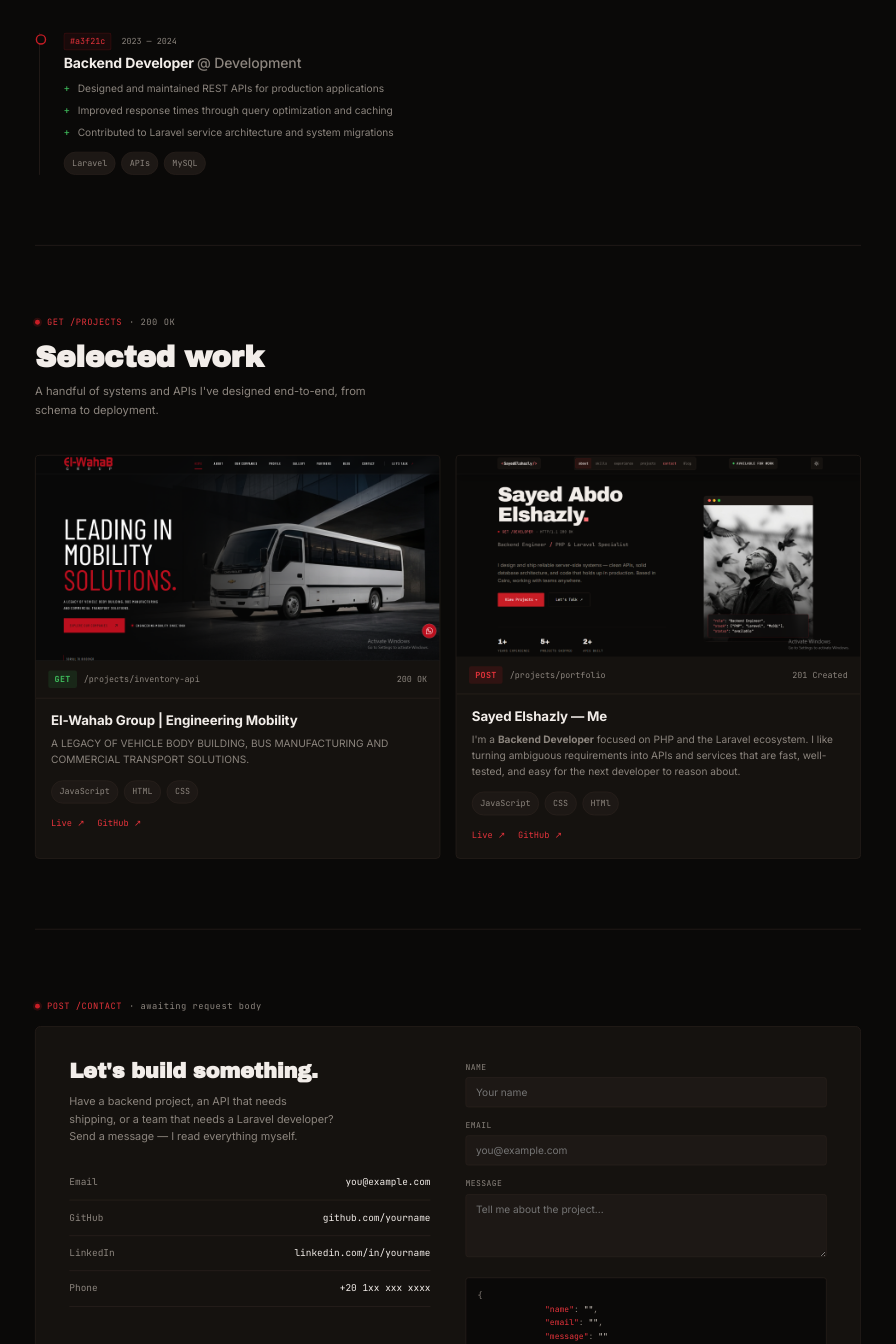
Repository: sayedelshazly/Portfolio.SE
Page: index.html
An editor plug-in stored every save of this project. The page is shown before and after the next save, followed by the edit.
The browser window is 1280 px wide. The pictures show the part of the page from y = 2437 to 4357 px (the page is 4637 px tall before and 4888 px after), at 70% of full size.

Above is the page before, as saved 2026-10-13 02:19:09.

### index.html
<!DOCTYPE html>
<html lang="en">

<head>
  <meta charset="UTF-8">
  <meta name="viewport" content="width=device-width, initial-scale=1.0, viewport-fit=cover">
  <meta name="color-scheme" content="dark light">
  <title>Sayed Elshazly — Backend Engineer</title>
  <script>
    (() => {
      const systemPrefersLight = window.matchMedia('(prefers-color-scheme: light)').matches;
      try {
        const savedTheme = localStorage.getItem('portfolio-theme');
        document.documentElement.dataset.theme = savedTheme === 'light' || savedTheme === 'dark' ?
          savedTheme :
          (systemPrefersLight ? 'light' : 'dark');
      } catch {
        document.documentElement.dataset.theme = systemPrefersLight ? 'light' : 'dark';
      }
    })();
    document.documentElement.classList.add('is-loading');
    window.__pageLoadStartedAt = performance.now();
  </script>
  <link rel="preconnect" href="https://fonts.googleapis.com">
  <link rel="preconnect" href="https://fonts.gstatic.com" crossorigin>
  <link
    href="https://fonts.googleapis.com/css2?family=Archivo+Black&family=JetBrains+Mono:wght@400;500;600;700&family=Inter:wght@400;500;600;700;800&display=swap"
    rel="stylesheet">
  <link rel="stylesheet" href="style.css">
</head>

<body>

  <div class="preloader" id="preloader" role="status" aria-live="polite" aria-label="Loading website">
    <div class="loader-content">
      <span class="loader-mark"><span>&lt;</span>SE<span>/&gt;</span></span>
      <span class="loader-spinner" aria-hidden="true"></span>
      <span class="loader-text">Preparing your experience</span>
      <span class="loader-progress" aria-hidden="true"><span></span></span>
    </div>
  </div>

  <header>
    <div class="reading-progress" aria-hidden="true"><span id="readingProgress"></span></div>
    <nav>
      <a class="logo" href="#top" aria-label="Sayed Elshazly, back to top"><span
          class="br">&lt;</span>SayedElshazly<span class="br">/&gt;</span></a>
      <button class="nav-toggle" type="button" aria-expanded="false" aria-controls="site-navigation"
        aria-label="Open navigation">
        <span></span><span></span>
      </button>
      <ul class="nav-links" id="site-navigation">
        <li><a href="#about">about</a></li>
        <li><a href="#skills">skills</a></li>
        <li><a href="#experience">experience</a></li>
        <li><a href="#projects">projects</a></li>
        <li><a href="#contact">contact</a></li>
        <li><a href="./blog.html" target="_self">Blog</a></li>
        <li class="nav-close-item"><button class="nav-close" type="button">Close menu</button></li>
      </ul>
      <div class="status-pill"><span class="dot"></span><span class="label">available for work</span></div>
      <button class="theme-toggle" id="themeToggle" type="button" aria-label="Switch to light mode"
        title="Switch to light mode">
        <svg class="theme-icon-sun" viewBox="0 0 24 24" aria-hidden="true" focusable="false">
          <circle cx="12" cy="12" r="4"></circle>
          <path
            d="M12 2v2m0 16v2M4.93 4.93l1.42 1.42m11.3 11.3 1.42 1.42M2 12h2m16 0h2M4.93 19.07l1.42-1.42m11.3-11.3 1.42-1.42">
          </path>
        </svg>
        <svg class="theme-icon-moon" viewBox="0 0 24 24" aria-hidden="true" focusable="false">
          <path d="M20.2 15.1A8.5 8.5 0 0 1 8.9 3.8 8.6 8.6 0 1 0 20.2 15.1Z"></path>
        </svg>
      </button>
    </nav>
  </header>

  <main>

    <!-- ================= HERO ================= -->
    <section class="hero wrap" id="top">
      <div class="hero-intro">
        <h1>Sayed Abdo Elshazly<span class="accent">.</span></h1>
        <div class="eyebrow">GET /developer <span class="status">· HTTP/1.1 200 OK</span></div>
        <div class="role">Backend Engineer <span class="pipe">/</span> PHP &amp; Laravel Specialist</div>
      </div>

      <div class="hero-support">
        <p class="lede">I design and ship reliable server-side systems — clean APIs, solid database
          architecture, and code that holds up in production. Based in Cairo, working with teams
          anywhere.</p>
        <div class="btn-row">
          <a href="#projects" class="btn btn-primary">View Projects →</a>
          <a href="#contact" class="btn btn-ghost">Let's Talk <span aria-hidden="true">↗</span></a>
        </div>
      </div>

      <div class="term-card">
        <div class="term-bar">
          <span class="tdot"></span><span class="tdot"></span><span class="tdot"></span>
          <!-- <span class="tpath">~/portfolio/profile.jpg</span> -->
        </div>
        <div class="term-photo">
          <img src="./portrait2.jpeg" alt="Portrait of Sayed Elshazly, backend engineer">
          <div class="scan"></div>
          <div class="term-json">
            <span class="k">"role"</span>: <span class="s">"Backend Engineer"</span>,<br>
            <span class="k">"stack"</span>: <span class="s">["PHP", "Laravel", "MySQL"]</span>,<br>
            <span class="k">"status"</span>: <span class="s">"available"</span><span class="cursor"></span>
          </div>
        </div>
      </div>

      <div class="stat-row">
        <div class="stat"><b>1+</b><span>Years Experience</span></div>
        <div class="stat"><b>5+</b><span>Projects Shipped</span></div>
        <div class="stat"><b>2+</b><span>APIs Built</span></div>
      </div>
    </section>

    <!-- ================= ABOUT ================= -->
    <section class="about wrap" id="about">
      <div class="eyebrow">GET /about <span class="status">· 200 OK</span></div>
      <div class="about-grid">
        <div>
          <p>I'm a <b>Backend Developer</b> focused on PHP and the Laravel ecosystem. I like
            turning ambiguous requirements into APIs and services that are fast, well-tested,
            and easy for the next developer to reason about.</p>
          <p>My day-to-day covers <b>REST API design</b>, <b>database modeling</b>, authentication
            and authorization systems, background job processing, and integrating third-party
            services. I care about clean architecture as much as working code — SOLID principles,
            repository patterns, and readable commits.</p>
          <p>Outside of client work, I spend time exploring system design, contributing to small
            open-source tools, and refining my own boilerplate for faster project starts.</p>
        </div>
        <ul class="fact-list">
          <li><span>Location</span><span>6th of October, Giza, Egypt</span></li>
          <li><span>Focus</span><span>Backend / API Architecture</span></li>
          <li><span>Availability</span><span>Open to freelance &amp; full-time</span></li>
          <li><span>Languages</span><span>Arabic, English</span></li>
          <li><span>Response time</span><span>&lt; 24h</span></li>
        </ul>
      </div>
    </section>

    <!-- ================= SKILLS ================= -->
    <section class="skills wrap" id="skills">
      <div class="section-head">
        <div class="eyebrow">GET /skills <span class="status">· 200 OK</span></div>
        <h2>What I build with</h2>
        <p>The core stack behind most of the systems I ship — plus the tools that keep them
          maintainable.</p>
      </div>
      <div class="skill-groups">
        <div class="skill-card">
          <h3>Languages &amp; Frameworks</h3>
          <div class="tag-row">
            <span class="tag">PHP</span>
            <span class="tag">Laravel</span>
            <span class="tag">JavaScript</span>
            <span class="tag">Blade</span>
            <span class="tag">Livewire</span>
          </div>
        </div>
        <div class="skill-card">
          <h3>Data &amp; APIs</h3>
          <div class="tag-row">
            <span class="tag">MySQL</span>
            <span class="tag">PostgreSQL</span>
            <span class="tag">Redis</span>
            <span class="tag">REST APIs</span>
            <span class="tag">Eloquent ORM</span>
          </div>
        </div>
        <div class="skill-card">
          <h3>Tools &amp; Practices</h3>
          <div class="tag-row">
            <span class="tag">Git</span>
            <span class="tag">Docker</span>
            <span class="tag">Postman</span>
            <span class="tag">PHPUnit</span>
            <span class="tag">CI / CD</span>
          </div>
        </div>
      </div>
    </section>

    <!-- ================= EXPERIENCE ================= -->
    <section class="experience wrap" id="experience">
      <div class="section-head">
        <div class="eyebrow">GET /experience <span class="status">· 200 OK</span></div>
        <h2>Where I've worked</h2>
      </div>
      <div class="log">
        <div class="log-entry">
          <div class="log-head">
            <span class="log-hash">#a3f21c</span>
            <span class="log-date">2023 — 2024</span>
          </div>
          <h3>Backend Developer <span>@ Development</span></h3>
          <ul>
            <li>Designed and maintained REST APIs for production applications</li>
            <li>Improved response times through query optimization and caching</li>
            <li>Contributed to Laravel service architecture and system migrations</li>
          </ul>
          <div class="tag-row"><span class="tag">Laravel</span><span class="tag">APIs</span><span
              class="tag">MySQL</span></div>
        </div>
      </div>
    </section>

    <!-- ================= PROJECTS ================= -->
    <section class="projects wrap" id="projects">
      <div class="section-head">
        <div class="eyebrow">GET /projects <span class="status">· 200 OK</span></div>
        <h2>Selected work</h2>
        <p>A handful of systems and APIs I've designed end-to-end, from schema to deployment.</p>
      </div>
      <div class="project-grid">

        <div class="project-card">
          <figure class="project-visual">
            <img src="./assets/blog/Screenshot (329)(1).png" alt="Illustrative inventory dashboard preview" loading="lazy"
              decoding="async">
          </figure>
          <div class="pc-top">
            <span class="method get">GET</span>
            <span class="route">/projects/inventory-api</span>
            <span class="status-code">200 OK</span>
          </div>
          <div class="pc-body">
            <h3>El-Wahab Group | Engineering Mobility</h3>
            <p>A LEGACY OF VEHICLE BODY BUILDING, BUS MANUFACTURING AND
              COMMERCIAL TRANSPORT SOLUTIONS.</p>
            <div class="tag-row" style="margin-bottom:18px;">
              <span class="tag">JavaScript</span><span class="tag">HTML</span><span class="tag">CSS</span>
            </div>
            <div class="pc-links">
              <!-- <a href="elwahab-groub.up.railway.app"></a> -->
              <a href="https://elwahab-groub.up.railway.app" target="_blank" rel="noopener">Live ↗</a>
              <a href="#">GitHub ↗</a>
            </div>
          </div>
        </div>

        <div class="project-card">
          <figure class="project-visual">
            <img src="./assets/blog/Screenshot (332)(1).png" alt="Illustrative booking calendar preview" loading="lazy"
              decoding="async">
          </figure>
          <div class="pc-top">
            <span class="method post">POST</span>
            <span class="route">/projects/portfolio</span>
            <span class="status-code">201 Created</span>
          </div>
          <div class="pc-body">
            <h3>Sayed Elshazly — Me</h3>
            <p>I'm a <b>Backend Developer</b> focused on PHP and the Laravel ecosystem. I like
            turning ambiguous requirements into APIs and services that are fast, well-tested,
            and easy for the next developer to reason about.</p>
            <div class="tag-row" style="margin-bottom:18px;">
              <span class="tag">JavaScript</span><span class="tag">CSS</span><span class="tag">HTMl</span>
            </div>
            <div class="pc-links">
              <!-- <a href="https://selshazly-portfolio.up.railway.app">Live ↗</a> -->
              <a href="https://selshazly-portfolio.up.railway.app" target="_blank">Live ↗</a>
              <!-- <a href="https://selshazly-portfolio.up.railway.app" target="_blank" rel="noopener">Live ↗</a> -->

              <a href="#">GitHub ↗</a>
            </div>
          </div>
        </div>

      </div>
    </section>

    <!-- ================= CONTACT ================= -->
    <section class="contact wrap" id="contact">
      <div class="eyebrow">POST /contact <span class="status">· awaiting request body</span></div>
      <div class="contact-grid">
        <div class="contact-info">
          <h2 style="font-size:30px;margin-bottom:16px;">Let's build something.</h2>
          <p>Have a backend project, an API that needs shipping, or a team that needs a
            Laravel developer? Send a message — I read everything myself.</p>
          <ul class="contact-channels">
            <li><span>Email</span><a href="mailto:you@example.com">you@example.com</a></li>
            <li><span>GitHub</span><a href="#">github.com/yourname</a></li>
            <li><span>LinkedIn</span><a href="#">linkedin.com/in/yourname</a></li>
            <li><span>Phone</span><a href="#">+20 1xx xxx xxxx</a></li>
          </ul>
        </div>
        <div>
          <form id="contactForm">
            <div>
              <label for="fname">Name</label>
              <input type="text" id="fname" name="name" placeholder="Your name" required>
            </div>
            <div>
              <label for="femail">Email</label>
              <input type="email" id="femail" name="email" placeholder="you@example.com" required>
            </div>
            <div>
              <label for="fmsg">Message</label>
              <textarea id="fmsg" name="message" placeholder="Tell me about the project..." required></textarea>
            </div>
            <div class="json-preview" id="jsonPreview">{
              <span class="k">"name"</span>: <span class="v">""</span>,
              <span class="k">"email"</span>: <span class="v">""</span>,
              <span class="k">"message"</span>: <span class="v">""</span>
              }</div>
            <button type="submit" class="btn btn-primary"
              style="justify-content:center;border:none;cursor:pointer;">Send Request →</button>
          </form>
        </div>
      </div>
    </section>

  </main>

  <footer>
    <div class="wrap">
      <span>© 2026 SE. All rights reserved.</span>
      <span><a href="#top">↑ back to top</a></span>
    </div>
  </footer>

  <a class="back-to-top" href="#top" aria-label="Back to top">↑</a>

  <script src="main.js"></script>

</body>

</html>

Loaded but not shown: main.js (76 lines, source omitted); style.css (2091 lines, source omitted)

After the next save:
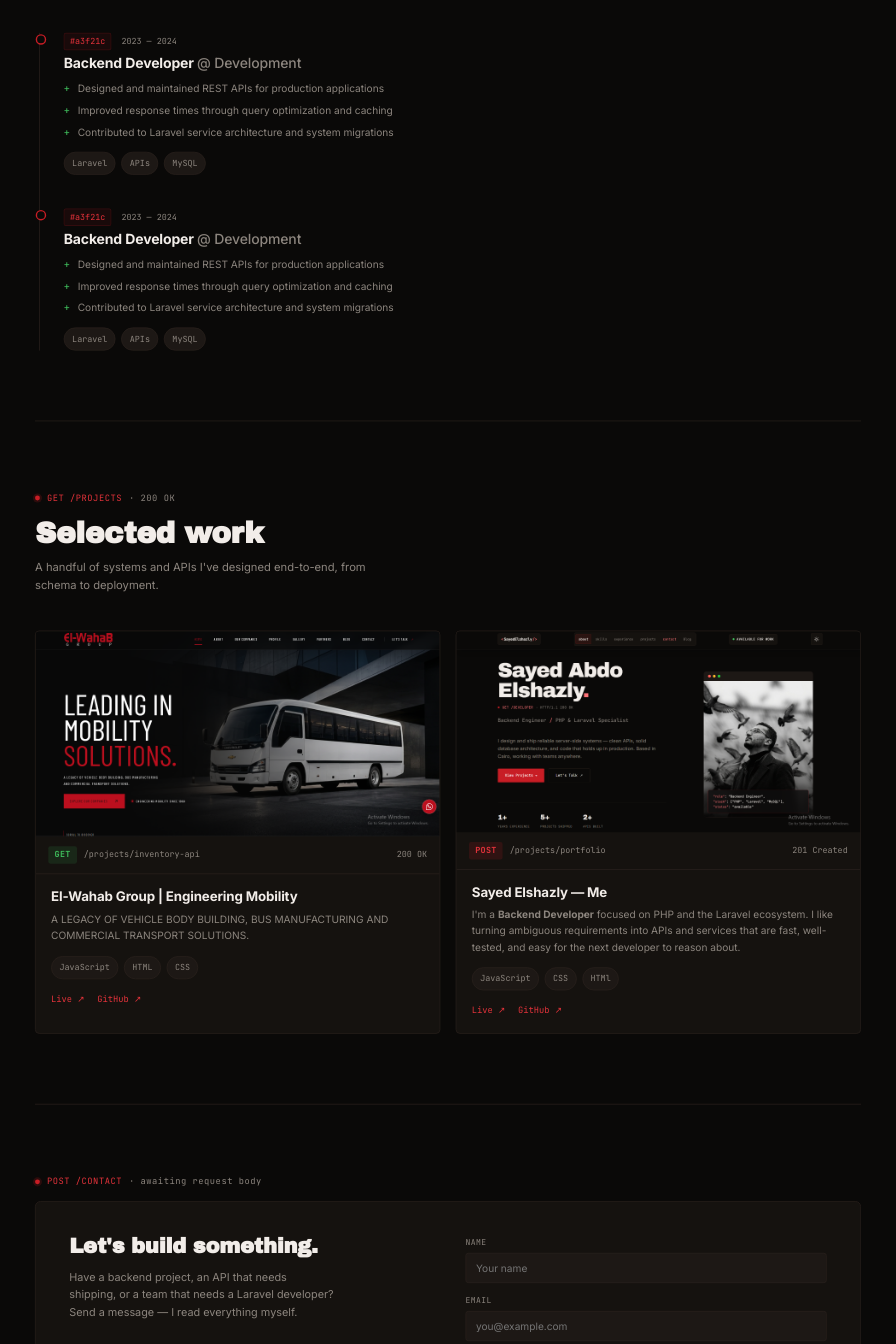
Saved 6 min 48 s later.
--- a/index.html
+++ b/index.html
@@ -205,6 +205,20 @@
           <div class="tag-row"><span class="tag">Laravel</span><span class="tag">APIs</span><span
               class="tag">MySQL</span></div>
         </div>
+        <div class="log-entry">
+          <div class="log-head">
+            <span class="log-hash">#a3f21c</span>
+            <span class="log-date">2023 — 2024</span>
+          </div>
+          <h3>Backend Developer <span>@ Development</span></h3>
+          <ul>
+            <li>Designed and maintained REST APIs for production applications</li>
+            <li>Improved response times through query optimization and caching</li>
+            <li>Contributed to Laravel service architecture and system migrations</li>
+          </ul>
+          <div class="tag-row"><span class="tag">Laravel</span><span class="tag">APIs</span><span
+              class="tag">MySQL</span></div>
+        </div>
       </div>
     </section>
 
